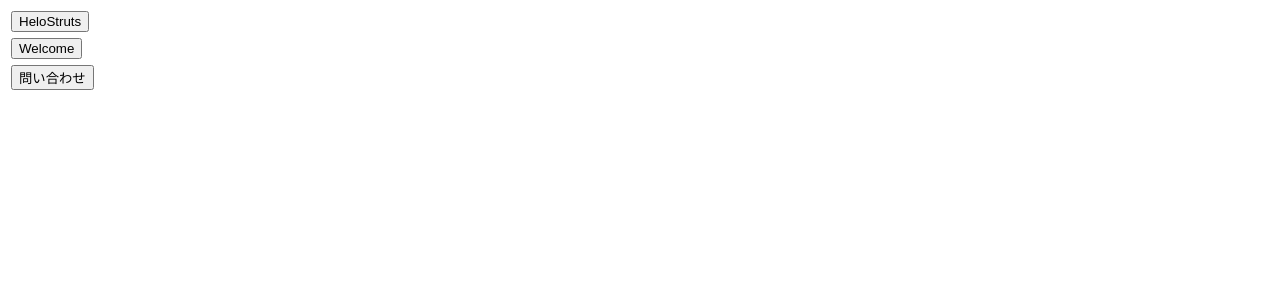
Repository: yosshy1228/WebProj
Page: http://localhost/WebProj2/
The author's editor kept a copy of each file at every save. The page is drawn from the files as they stood at one save, then again after the next save.
The browser window is 1280 px wide. The pictures show the whole page.
The page is served by Tomcat 9.

Above is the page before, as saved 2019-12-11 10:53:01.

After the next save:
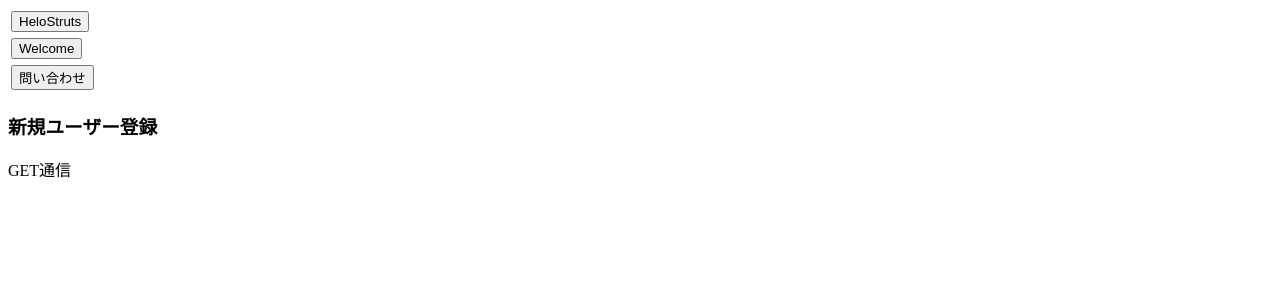
Saved 9 min 54 s later.
--- a/WebProj2/WebContent/index.jsp
+++ b/WebProj2/WebContent/index.jsp
@@ -16,5 +16,14 @@
    <s:form action="InquiryAction">
    	<s:submit value="問い合わせ"/>
    </s:form>
+
+   <h3>新規ユーザー登録</h3>
+   GET通信
+   <s:form method="get" action="TestAction">
+   <s;textfield name="username"/>
+   <s;password name="password"/>
+   <s;submit value="送信"/>
+   </s:form>
+
 </body>
 </html>
